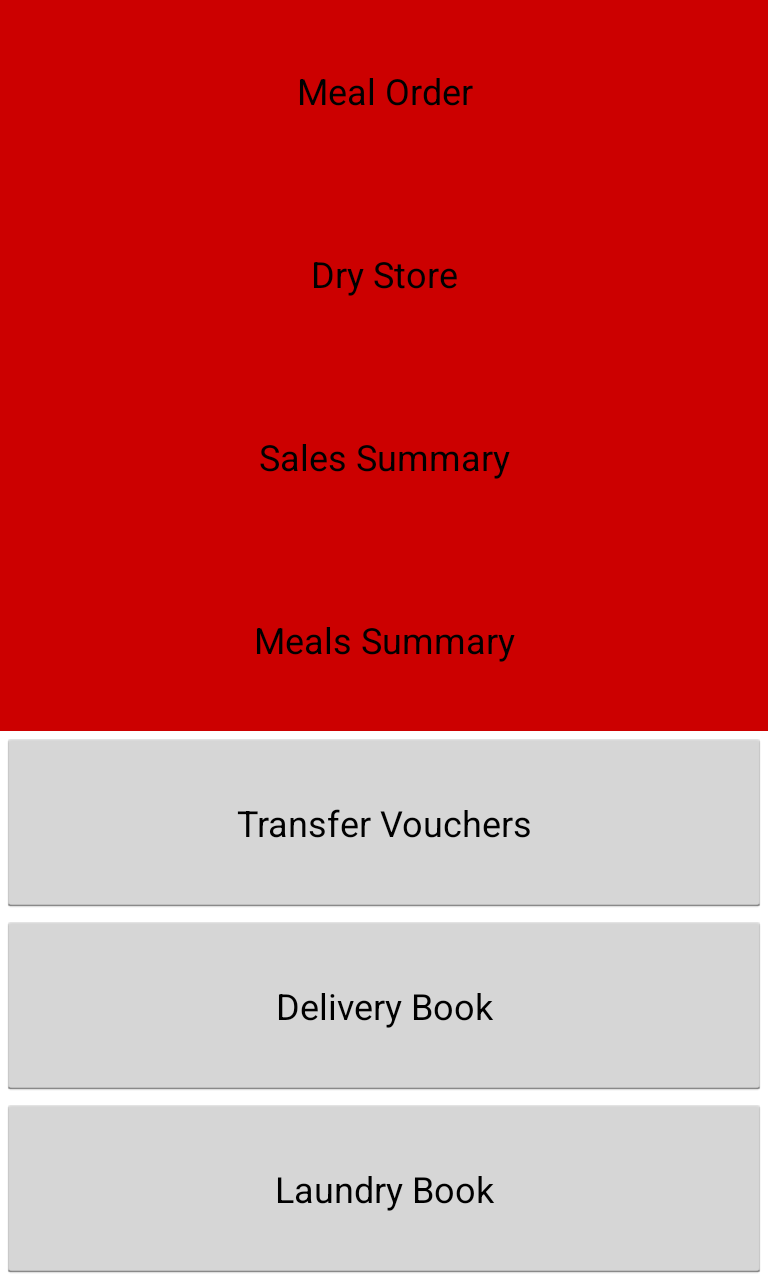
Repository: erwasambo/greendevelopment
Layout: GreenDevelopment/NASCuisine/res/layout/admindash.xml
These files come from the project's save history. The layout is drawn as it stood at one moment and after the next save; the edit follows.
It is drawn on a 768 x 1280 px phone screen (xhdpi) without system bars, with theme AppTheme; the app's code is not run.

Above is the layout before, as saved 2013-12-03 03:56:06.

After the next save:
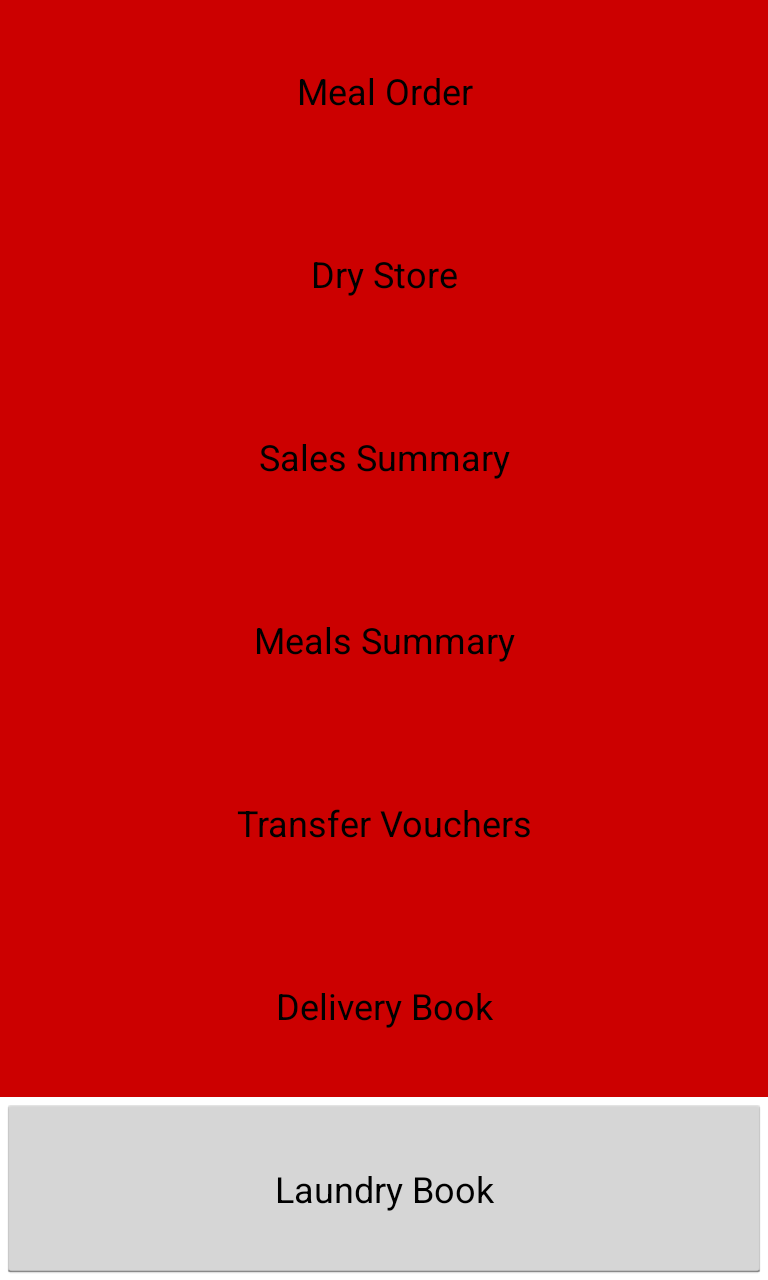
Saved 9 s later.
--- a/GreenDevelopment/NASCuisine/res/layout/admindash.xml
+++ b/GreenDevelopment/NASCuisine/res/layout/admindash.xml
@@ -41,6 +41,7 @@
         android:layout_width="match_parent"
         android:layout_height="0dp"
         android:layout_weight="1"
+        android:background="@color/purple"
         android:text="@string/transf" />
 
     <Button
@@ -48,6 +49,7 @@
         android:layout_width="match_parent"
         android:layout_height="0dp"
         android:layout_weight="1"
+        android:background="@color/purple"
         android:text="@string/delivbook" />
 
     <Button
